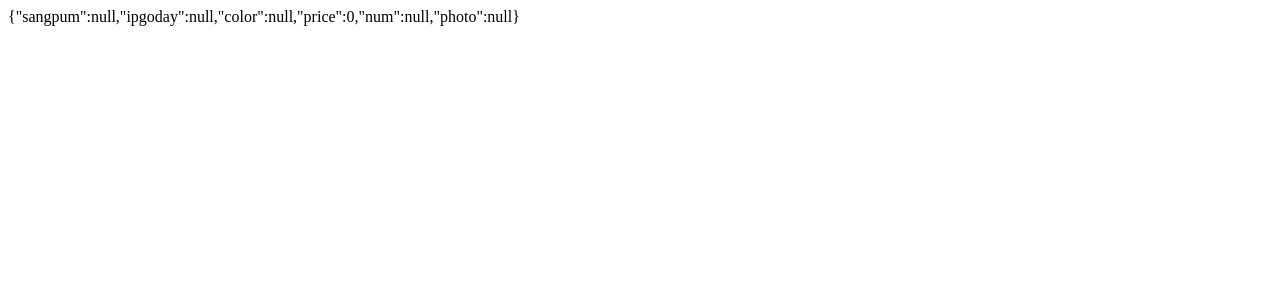
Repository: Juheekim1207/Javawork
Page: http://localhost/WebProjectEx1/day0420/DetailJson.jsp
An editor plug-in stored every save of this project. The page is shown before and after the next save, followed by the edit.
The browser window is 1280 px wide. The pictures show the whole page.
The page is served by Tomcat 9. Queries for data that is not in the repository find no rows.

Above is the page before, as saved 2022-04-21 03:39:18.

After the next save:
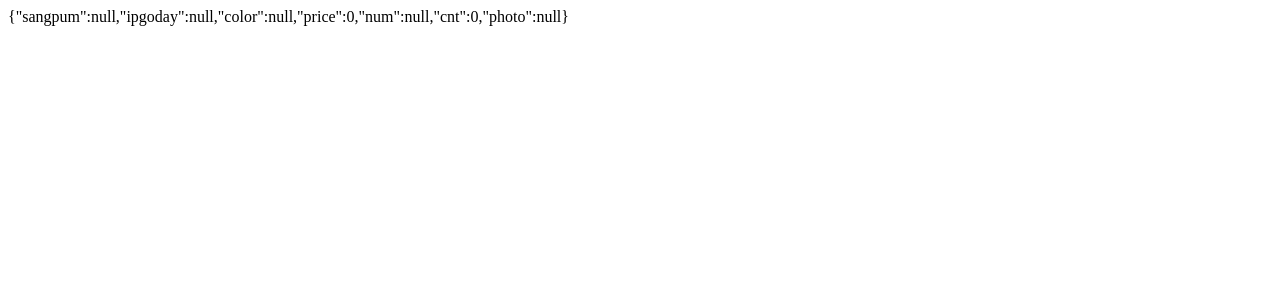
Saved 116 min 28 s later.
--- a/WebProjectEx1/src/main/webapp/day0420/DetailJson.jsp
+++ b/WebProjectEx1/src/main/webapp/day0420/DetailJson.jsp
@@ -22,6 +22,7 @@
 	ob.put("price", dto.getPrice());
 	ob.put("ipgoday", dto.getIpgoday());
 	ob.put("photo", dto.getPhoto());
+	ob.put("cnt", dto.getCnt());
 %>
 
 <%=ob.toString()%>
